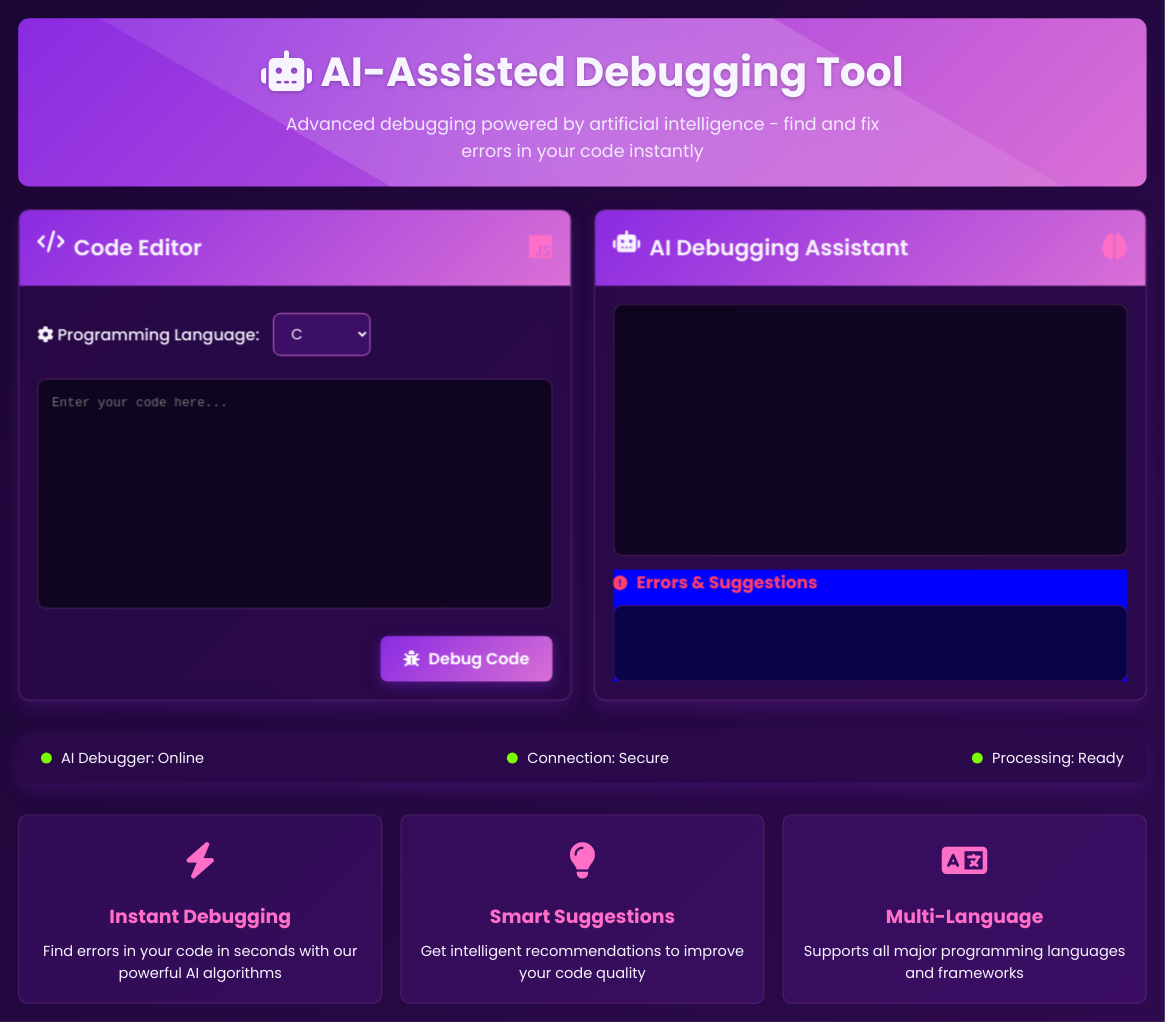
Repository: ujjwalkathait/AI-Asissted_Debugging_tool
Page: Frontend/public/index.html
The author's editor kept a copy of each file at every save. The page is drawn from the files as they stood at one save, then again after the next save.
The browser window is 1280 px wide. The pictures show the whole page, at 91% of full size.

Above is the page before, as saved 2025-07-13 22:47:31.

After the next save:
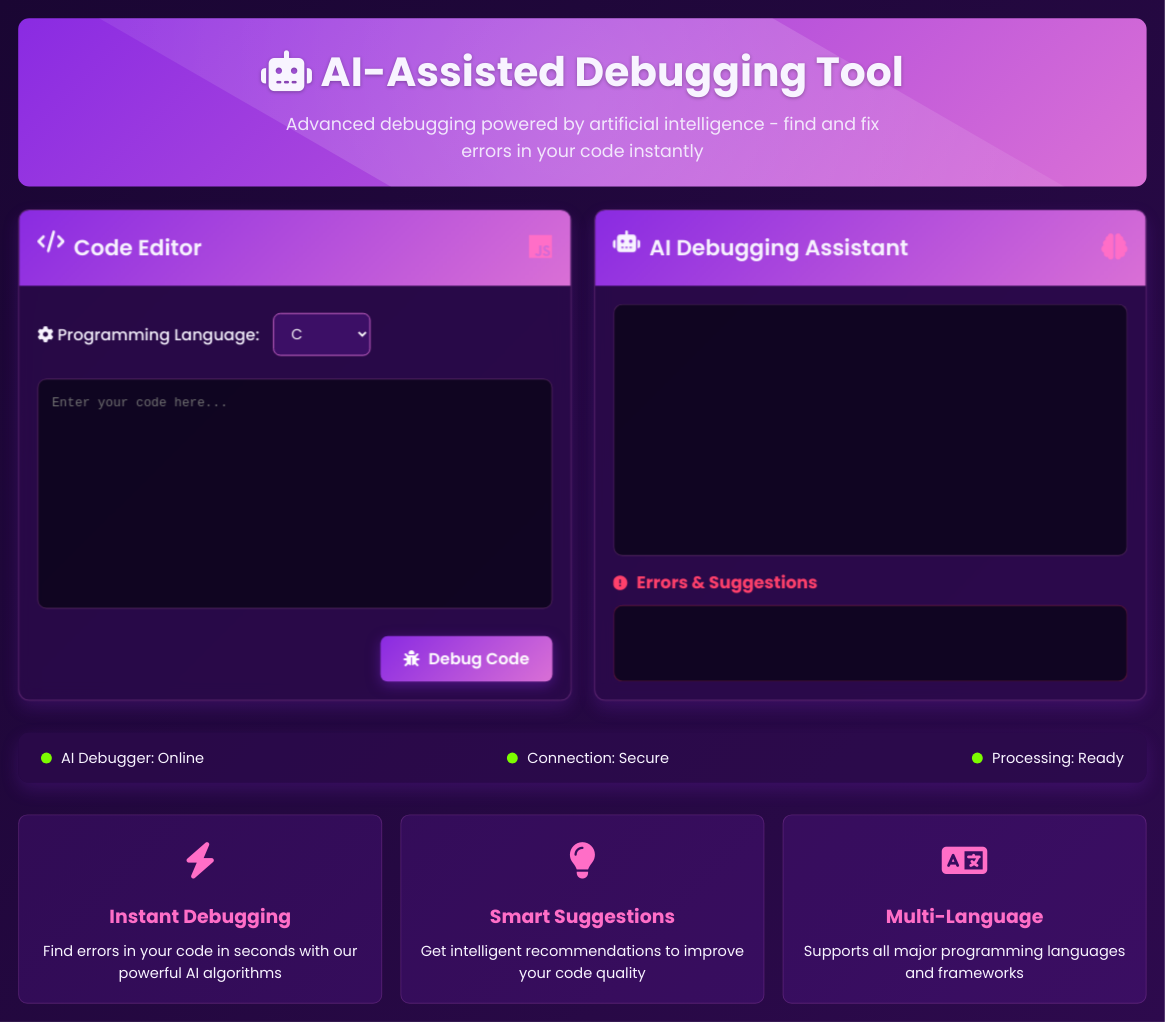
Saved 34 s later.
--- a/Frontend/public/style.css
+++ b/Frontend/public/style.css
@@ -223,7 +223,6 @@ select:focus {
 
 .error-container {
     flex: 0.5;
-    background-color: blue;
     display: flex;
     flex-direction: column;
     gap: 10px;
